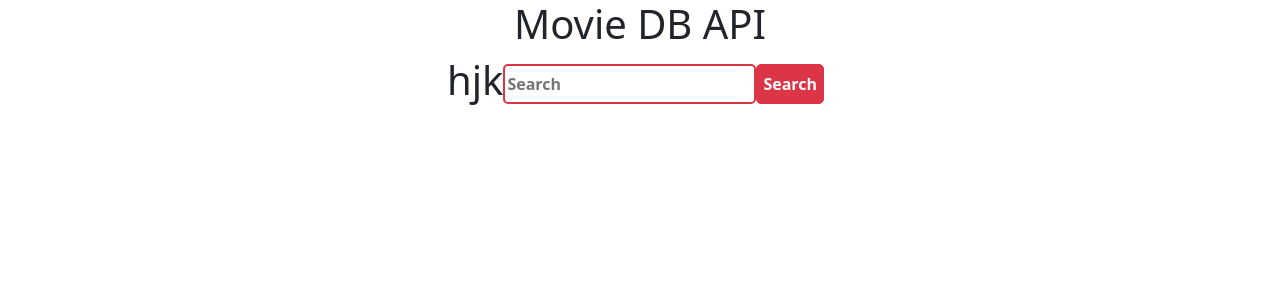
Repository: chaampavictor/moviedbapi
Page: /
The author's editor kept a copy of each file at every save. The page is drawn from the files as they stood at one save, then again after the next save.
The browser window is 1280 px wide. The pictures show the whole page.
The page's requests for data from a server got no answer. The project was rebuilt for these pictures with package versions that can differ from the ones it lists, and the page was loaded fresh each time. No one was signed in, and anything a server would have sent is missing. Also part of the build but not shown: src/components/details.js.

Above is the page before, as saved 2022-01-13 20:53:25.

After the next save:
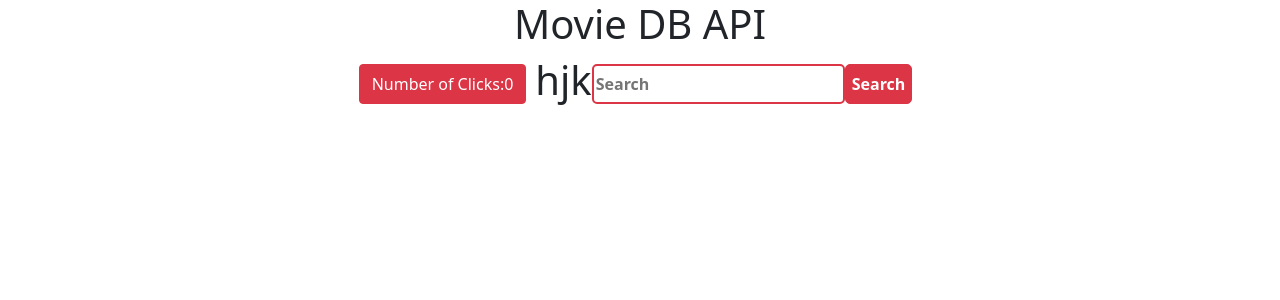
Saved 44 s later.
--- a/src/App.js
+++ b/src/App.js
@@ -94,36 +94,10 @@ function App() {
             marginBottom: "12px",
           }}
         >
-          {/* <Button variant="danger" className="filterbutton">
+          {/**/}
+          <Button variant="danger" className="filterbutton">
             Number of Clicks:{count}
           </Button>
-          <Button
-            variant="danger"
-            className="filterbutton"
-            onClick={GetMostPopular}
-          >
-            Most Popular
-          </Button>
-          <Button
-            variant="danger"
-            className="filterbutton"
-            onClick={GetTopRated}
-          >
-            Top Rated
-          </Button>
-          <Button variant="danger" className="filterbutton" onClick={GetList}>
-            {" "}
-            Now Playing
-          </Button>
-          <Button
-            variant="danger"
-            className="filterbutton"
-            onClick={GetUpcoming}
-          >
-            {" "}
-            Upcoming
-          </Button> */}
-
           <Filterbutton />
 
           <Searchform handleSubmit={searchMovie} />
